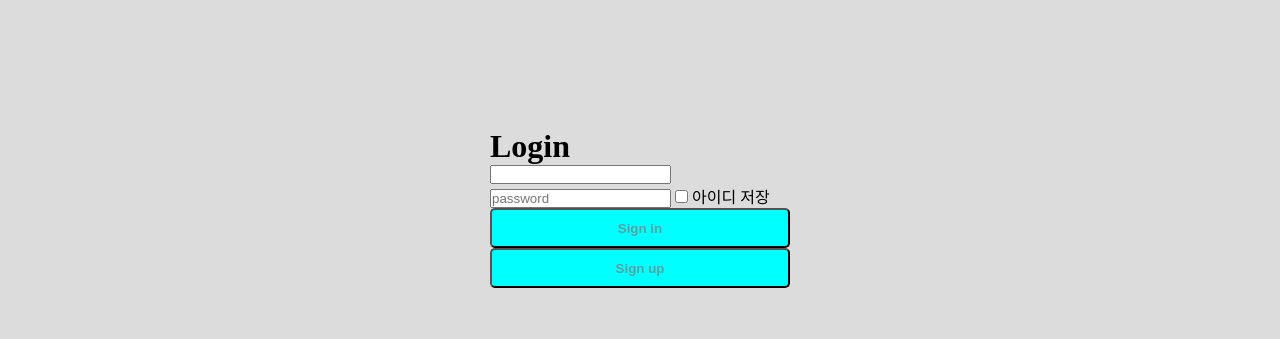
Repository: Junvelop/hkdevelope
Page: http://localhost/04_hklogin_MVC1/
An editor plug-in stored every save of this project. The page is shown before and after the next save, followed by the edit.
The browser window is 1280 px wide. The pictures show the whole page.
The page is served by Tomcat 9. Other server files are loaded and not shown.

Above is the page before, as saved 2024-09-10 01:48:27.

### Downloads/back_end_edu20240624-master (1)/04_hklogin_MVC1/src/main/webapp/index.jsp
<%@ page language="java" contentType="text/html; charset=EUC-KR"
    pageEncoding="EUC-KR"%>
<%request.setCharacterEncoding("utf-8"); %>
<%response.setContentType("text/html;charset=UTF-8"); %>
<!DOCTYPE html>
<html>
<head>
<meta charset="EUC-KR">
<title>Insert title here</title>
<link rel="stylesheet" href = "css/loginpage.css">
</head>
<body>
<form action = "">
	<h1>Login</h1>
	<input type = "text" name = "id" required="required"/>
	<input type = "password" name = "password" placeholder = "password" required="required"/>
	<input type = "checkbox" value = "remember-me"/> <label>아이디 저장</label>
	<button type = "submit">Sign in</button>
	<button type = "button" onclick = "registerForm()">Sign up</button>
</form>
<script type = "text/javascript">
	function registerForm(){
		location.href = "userController.jsp?command=registform"
	}
</script>
</body>
</html>

### Downloads/back_end_edu20240624-master (1)/04_hklogin_MVC1/src/main/webapp/css/loginpage.css
@charset "EUC-KR";

*{
	margin : 0px;
	padding : 0px;
}

body{

	background-color : gainsboro;
}

button{
	border : 1px sloid cornflowerblue;
	background-color:cyan;
	border-radius:5px;
	width:300px;
	height:40px;
	color:cadetblue;
	font-weight : bold;
}


form{
	width:300px;
	margin: 10% auto;


}

After the next save:
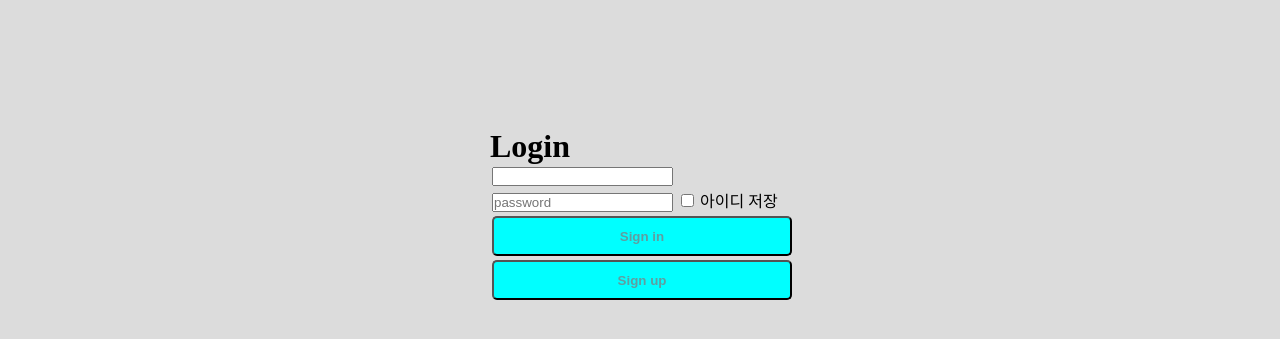
Saved 35 s later.
--- a/Downloads/back_end_edu20240624-master (1)/04_hklogin_MVC1/src/main/webapp/css/loginpage.css
+++ b/Downloads/back_end_edu20240624-master (1)/04_hklogin_MVC1/src/main/webapp/css/loginpage.css
@@ -27,3 +27,7 @@ form{
 
 
 }
+
+input, button{
+	margin:2px;
+}
